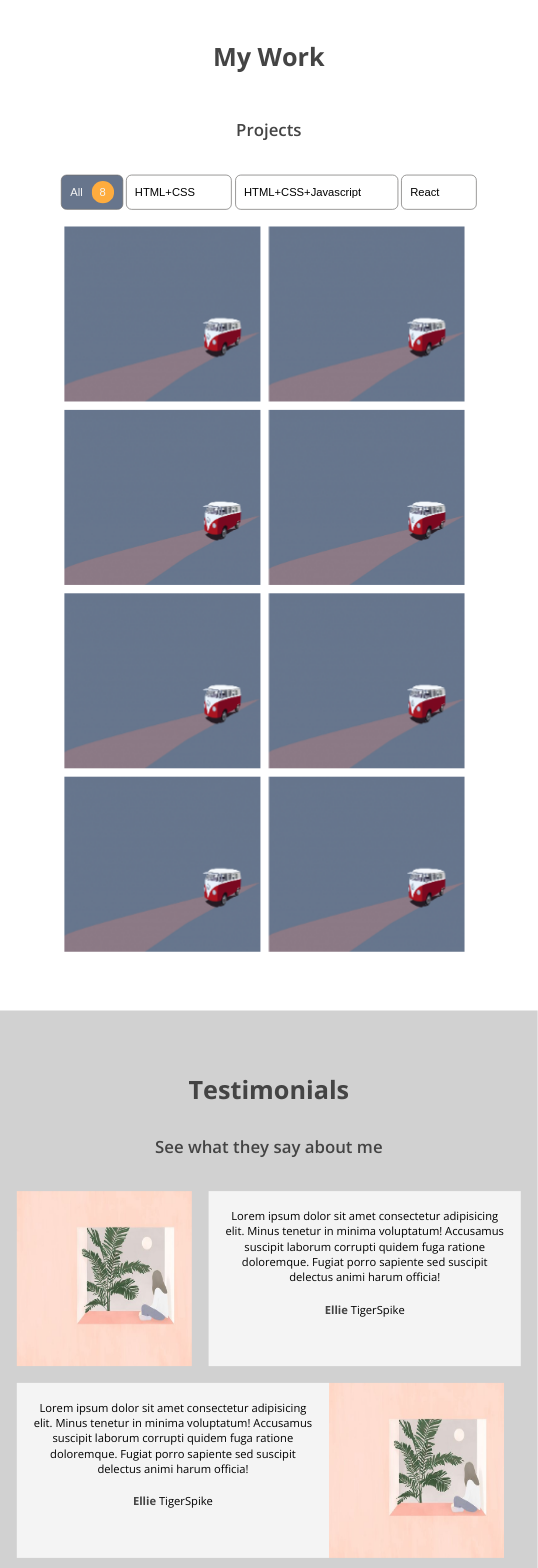
Repository: choi2021/portfolio-vanillaJS
Page: index.html
The author's editor kept a copy of each file at every save. The page is drawn from the files as they stood at one save, then again after the next save.
The browser window is 768 px wide. The pictures show the part of the page from y = 2921 to 5161 px (the page is 5622 px tall before and 5614 px after), at 70% of full size.
Some web libraries are served in a nearby version.

Above is the page before, as saved 2022-01-08 15:12:36.

### index.html
<!DOCTYPE html>
<html lang="en">

<head>
  <meta charset="UTF-8">
  <meta http-equiv="X-UA-Compatible" content="IE=edge">
  <meta name="viewport" content="width=device-width, initial-scale=1.0">
  <title>Youngjun's Portfolio</title>
  <meta name="description" content="Front-end developer Youngjun">
  <meta name="author" content="Youngjun ">
  <link rel="icon" href="public/favicon.png" type="public/png">
  <link rel="stylesheet" href="style.css">
  <script src="main.js" defer></script>
  <script src="https://kit.fontawesome.com/a6a726722e.js" crossorigin="anonymous"></script>
  <link href="https://fonts.googleapis.com/css2?family=Open+Sans:wght@400;600;700&display=swap" rel="stylesheet">
</head>

<body>
  <!-- Navbar -->
  <nav class="navbar">
    <div class="navbar__logo">
      <img src="public/favicon.png" alt="logo">
      <a href="#">YOUNGJUN</a>
    </div>
    <ul class="navbar__menu">
      <li class="navbar__menu__item active">Home</li>
      <li class="navbar__menu__item">About</li>
      <li class="navbar__menu__item">Skills</li>
      <li class="navbar__menu__item">My work</li>
      <li class="navbar__menu__item">Testimonial</li>
      <li class="navbar__menu__item">Contact</li>
    </ul>
    <button class="navbar__toggleBtn">
      <i class="fas fa-bars"></i>
    </button>
  </nav>
  <!-- Home -->
  <section class="home">
    <img class="home__avatar" src="public/profile.jpg" alt="home-img">
    <h1 class="title">Hello <br> I'm Yougnjun Choi</h1>
    <h3 class="description">매일 매일 부족한 걸 채워가는 프론트엔드 개발자</h3>
    <button class="home__contact">contact me</button>
  </section>
  <!-- About -->
  <section class="about section">
    <div class="section__container">
      <h1 class="title">About me</h1>
      <p class="description">Lorem ipsum dolor sit amet consectetur adipisicing elit. Quidem adipisci sint voluptate
        odit, molestias debitis aliquam nihil magni a corporis consectetur minus vero qui suscipit dolorum natus
        nesciunt
        expedita? Sit!</p>
      <ul class="about__stacks">
        <li class="stack">
          <div class="stack__icon">
            <i class="fab fa-html5"></i>
          </div>
          <div class="stack__title">Front-end basic</div>
          <div class="stack__description">HTML, CSS, Javascript</div>
        </li>
        <li class="stack">
          <div class="stack__icon">
            <i class="fab fa-react"></i>
          </div>
          <div class="stack__title">React</div>
          <div class="stack__description">Javascript Library</div>
        </li>
      </ul>
      <div class="about__experience">
        <img src="public/gist_logo.jpg" alt="">
        <div class="experience__description">
          <div class="experience__name">Undergraduate chemistry major</div>
          <div class="experience__term">2016 March - 2022 Feb</div>
        </div>
      </div>
    </div>
  </section>
  <!-- Skills -->
  <section class="skills section">
    <div class="section__container">
      <h1 class="title">Skills</h1>
      <h2 class="sub_title">Skills & Attributes</h2>
      <p class="description">Lorem ipsum dolor sit amet, consectetur adipisicing elit. Harum cupiditate magnam modi
        eius? Soluta,
        quidem sed dicta animi maiores nemo laudantium dolores aliquam, molestias suscipit id accusantium unde
        temporibus
        nostrum.</p>
      <div class="skillset">
        <div class="skillset__left">
          <h3 class="skillset__title">Skills</h3>
          <div class="skill">
            <div class="skill__description">
              <span class="description__name">HTML</span>
              <span class="description__figure">80%</span>
            </div>
            <div class="skill__bar">
              <div class="skill__value" style="width: 80%"></div>
            </div>
          </div>
          <div class="skill">
            <div class="skill__description">
              <span class="description__name">CSS</span>
              <span class="description__figure">60%</span>
            </div>
            <div class="skill__bar">
              <div class="skill__value" style="width: 60%"></div>
            </div>
          </div>
          <div class="skill">
            <div class="skill__description">
              <span class="description__name">Javascript</span>
              <span class="description__figure">40%</span>
            </div>
            <div class="skill__bar">
              <div class="skill__value" style="width: 40%"></div>
            </div>
          </div>
          <div class="skill">
            <div class="skill__description">
              <span class="description__name">React</span>
              <span class="description__figure">10%</span>
            </div>
            <div class="skill__bar">
              <div class="skill__value" style="width:10%"></div>
            </div>
          </div>
        </div>
        <div class="skillset__right">
          <section class="tools">
            <h3 class="tools__title">Tools</h3>
            <ul class="tools__list">
              <li>
                <span>Visual Studio</span>
              </li>
            </ul>
          </section>
          <section class="etc">
            <h3 class="skillset__title">Etc</h3>
            <ul class="etc__list">
              <li>
                <span>Git</span>
              </li>
            </ul>
          </section>
        </div>
      </div>
    </div>
  </section>
  <section class="work section">
    <div class="section__container">
      <h1 class="title">My Work</h1>
      <h2 class="description">Projects</h2>
      <div class="work__categories">
        <button class="category__btn active">
          All
          <span class="category__count">8</span>
        </button>
        <button class="category__btn">HTML+CSS<span class="category__count">3</span></button>
        <button class="category__btn">HTML+CSS+Javascript<span class="category__count">3</span></button>
        <button class="category__btn">React<span class="category__count">2</span></button>
      </div>
      <div class="work__projects">
        <a href="#" class="project">
          <img src="public/background.jpg" alt="">
          <div class="project__description">
            <h3>Youtube UI</h3>
            <span>Clone coding with HTML and CSS</span>
          </div>
        </a>
        <a href="#" class="project">
          <img src="public/background.jpg" alt="">
          <div class="project__description">
            <h3>Youtube UI</h3>
            <span>Clone coding with HTML and CSS</span>
          </div>
        </a>
        <a href="#" class="project">
          <img src="public/background.jpg" alt="">
          <div class="project__description">
            <h3>Youtube UI</h3>
            <span>Clone coding with HTML and CSS</span>
          </div>
        </a>
        <a href="#" class="project">
          <img src="public/background.jpg" alt="">
          <div class="project__description">
            <h3>Youtube UI</h3>
            <span>Clone coding with HTML and CSS</span>
          </div>
        </a>
        <a href="#" class="project">
          <img src="public/background.jpg" alt="">
          <div class="project__description">
            <h3>Youtube UI</h3>
            <span>Clone coding with HTML and CSS</span>
          </div>
        </a>
        <a href="#" class="project">
          <img src="public/background.jpg" alt="">
          <div class="project__description">
            <h3>Youtube UI</h3>
            <span>Clone coding with HTML and CSS</span>
          </div>
        </a>
        <a href="#" class="project">
          <img src="public/background.jpg" alt="">
          <div class="project__description">
            <h3>Youtube UI</h3>
            <span>Clone coding with HTML and CSS</span>
          </div>
        </a>
        <a href="#" class="project">
          <img src="public/background.jpg" alt="">
          <div class="project__description">
            <h3>Youtube UI</h3>
            <span>Clone coding with HTML and CSS</span>
          </div>
        </a>
      </div>
    </div>
  </section>
  <section class="testimonials section">
    <div class="section__container">
      <h1 class="title">Testimonials</h1>
      <h2 class="description">See what they say about me</h2>
      <div class="testimonialset">
        <div class="testimonial">
          <img class="testimonial__avatar" src="public/background2.jpg" alt="">
          <div class="testimonial__speech-bubble">
            <span>Lorem ipsum dolor sit amet consectetur adipisicing elit. Minus tenetur in minima voluptatum! Accusamus
              suscipit laborum corrupti quidem fuga ratione doloremque. Fugiat porro sapiente sed suscipit delectus
              animi
              harum officia!</span>
            <div class="name-and-company">
              <span class="name"><a href="#"> Ellie</a></span>
              <span class="companay">TigerSpike</span>
            </div>
          </div>
        </div>
        <div class="testimonial">
          <div class="section__container"></div>
          <div class="testimonial__speech-bubble">
            <span>Lorem ipsum dolor sit amet consectetur adipisicing elit. Minus tenetur in minima voluptatum! Accusamus
              suscipit laborum corrupti quidem fuga ratione doloremque. Fugiat porro sapiente sed suscipit delectus
              animi
              harum officia!</span>
            <div class="name-and-company">
              <span class="name"><a href="#"> Ellie</a></span>
              <span class="companay">TigerSpike</span>
            </div>
          </div>
          <img class="testimonial__avatar" src="public/background2.jpg" alt="">
        </div>
      </div>
    </div>

  </section>
  <section class="contact section">
    <h1 class="title">Let's Talk</h1>
    <h2 class="contact__email">juni2004c@gmail.com</h2>
    <div class="contact__links">
      <a href="#">
        <i class="fab fa-github"></i>
      </a>
    </div>
    <p class="contact__rights">2022 Youngjun Choi- All rights reserved</p>
  </section>
</body>

</html>

### style.css
:root {
  /* color */
  --white-color: #f4f4f4;
  --blue-color: #69a0c7;
  --light-yellow-color: #fff6cb;
  --deep-yellow-color: #feac3e;
  --pink-color: #fd8682;
  --black-color: #444444;
  --dark-gray-color: #565656;
  --dim-gray-color: #706f6d;
  --light-gray-color: #d1d1d1;
  --dark-red-color: #8c7a86;
  --dark-blue-color: #67758c;

  /* Space */
  --base-space: 36px;

  /* Font weight */
  --weight-bold: 700;
  --weight-semi-bold: 600;
  --weight-regular: 400;

  /* Font-size */
  --font-large: 48px;
  --font-medium: 28px;
  --font-regular: 18px;
  --font-small: 16px;

  /* size */
  --count-size: 32px;
  --border-size: 8px;
  --logo-size: 43px;
  --avatar-size: 350px;
  --stack-size: 180px;
  --project-width: 280px;
  --project-height: 250px;
  --testimonial-size: 250px;
}

/* Universal tags */
* {
  box-sizing: border-box;
}

h1 {
  font-size: var(--font-large);
  font-weight: var(--weight-bold);
  color: var(--black-color);
  margin: 16px 0px;
}

h2 {
  font-size: var(--font-medium);
  font-weight: var(--weight-semi-bold);
  color: var(--black-color);
  margin: 8px 0px;
}

body {
  margin: 0;
  font-family: "Open Sans", sans-serif;
}

ul {
  list-style: none;
  padding-left: 0;
}

a {
  text-decoration: none;
  color: var(--black-color);
}

button {
  border: none;
  outline: none;
  background-color: transparent;
  cursor: pointer;
}

/* navbar */

.navbar {
  display: flex;
  justify-content: space-between;
  align-items: center;
  background-color: transparent;
  font-size: var(--font-medium);
  position: fixed;
  top: 0;
  width: 100%;
  padding: 12px var(--base-space);
}

.navbar.withBGColor {
  background-color: var(--dark-blue-color);
}

.navbar__logo {
  display: flex;
}

.navbar__logo img {
  width: var(--logo-size);
  height: var(--logo-size);
  margin-right: calc(0.4 * var(--base-space));
}

.navbar__logo a {
  font-size: var(--font-medium);
  font-weight: var(--weight-semi-bold);
  color: var(--white-color);
}

.navbar__menu {
  display: flex;
  padding-left: 0;
}

.navbar__menu__item {
  padding: 8px 12px;
  font-size: var(--font-regular);
  cursor: pointer;
  border: 2px transparent solid;
  border-radius: var(--border-size);
  color: var(--white-color);
  margin-right: var(--base-space);
}

.navbar__menu__item:hover {
  border: 2px white solid;
}

.navbar__menu__item.active {
  background-color: var(--white-color);
  color: var(--dark-blue-color);
}

.navbar__toggleBtn {
  display: none;
  position: absolute;
  top: 12px;
  right: 24px;
  font-size: var(--font-medium);
  color: var(--blue-color);
}

/* Home */

.home {
  padding: calc(3 * var(--base-space)) var(--base-space);
  background: url(./public/background.jpg) no-repeat center/cover;
  text-align: center;
}

.home__avatar {
  width: var(--avatar-size);
  height: var(--avatar-size);
  border-radius: 50%;
  border: 1px white solid;
}

.home .title {
  font-size: var(--font-large);
  font-weight: var(--weight-bold);
  text-align: center;
  color: var(--white-color);
}

.home .description {
  padding-top: calc(2 * var(--base-space));
  font-size: var(--font-medium);
  color: var(--white-color);
}

.home__contact {
  font-size: var(--font-regular);
  font-weight: var(--weight-bold);
  color: var(--white-color);
  text-transform: capitalize;
  padding: calc(0.25 * var(--base-space));
  border: solid var(--white-color) 2px;
  border-radius: var(--border-size);
}

.home__contact:hover {
  background-color: var(--white-color);
  color: var(--dark-blue-color);
}

.section {
  padding: calc(3 * var(--base-space)) var(--base-space);
  text-align: center;
}

.section__container {
  max-width: 1200px;
  margin: auto;
}

.about .description {
  width: 85%;
  margin: auto;
  padding-top: calc(2 * var(--base-space));
  font-size: var(--font-medium);
  text-align: center;
  color: var(--black-color);
  margin-bottom: calc(2 * var(--base-space));
}

.about__stacks {
  display: flex;
  justify-content: space-around;
  padding-left: 0;
  margin: calc(3 * var(--base-space)) 0;
}

.stack {
  font-size: var(--font-medium);
  display: flex;
  flex-direction: column;
  align-items: center;
  text-align: center;
}

.stack__icon {
  font-size: calc(0.7 * var(--stack-size));
  width: var(--stack-size);
  height: var(--stack-size);
  display: flex;
  justify-content: center;
  align-items: center;
  color: var(--blue-color);
  border: 2px solid var(--blue-color);
  border-radius: 50%;
  margin-bottom: var(--base-space);
  transition: transform 300ms ease-in;
}

.stack__icon:hover {
  transform: rotate(45deg);
  color: var(--dark-blue-color);
  border: 2px solid var(--dark-blue-color);
}

.about__experience {
  display: flex;
  justify-content: center;
  width: 50%;
  margin: auto;
}

.about__experience img {
  width: var(--logo-size);
  height: var(--logo-size);
  margin-right: var(--base-space);
}

.skills {
  background-color: var(--light-yellow-color);
}

.skills .sub_title {
  font-size: var(--font-medium);
  font-weight: var(--weight-bold);
  text-align: center;
  color: var(--black-color);
}

.skills .description {
  width: 85%;
  margin: auto;
  padding-top: calc(2 * var(--base-space));
  font-size: var(--font-medium);
  text-align: center;
  color: var(--black-color);
  margin-bottom: calc(2 * var(--base-space));
}

.skillset {
  display: flex;
  background-color: var(--black-color);
}

.skillset__left {
  flex-basis: 60%;
  display: flex;
  color: var(--white-color);
  flex-direction: column;
  align-items: center;
  padding: var(--base-space);
}

.skillset__title {
  font-size: var(--font-regular);
}

.skill {
  width: 100%;
  margin-bottom: var(--base-space);
}

.skill__description {
  width: 100%;
  font-size: var(--font-small);
  display: flex;
  justify-content: space-between;
}

.skill__bar {
  height: 3px;
  background-color: var(--dim-gray-color);
}

.skill__value {
  height: 3px;
  background-color: var(--deep-yellow-color);
}

.skillset__right {
  flex-basis: 40%;
  display: flex;
  flex-direction: column;
  margin: 0;
  text-align: center;
}

.tools {
  background-color: var(--dark-gray-color);
  width: 100%;
  height: 50%;
  color: var(--white-color);
}

.etc {
  background-color: var(--dim-gray-color);
  padding-left: 0;
  height: 50%;
  color: var(--white-color);
}

.tools__list,
.etc__list {
  padding-left: 0;
}

.work .description {
  width: 85%;
  margin: auto;
  padding-top: calc(2 * var(--base-space));
  color: var(--black-color);
  margin-bottom: calc(2 * var(--base-space));
}

.work__categories {
  margin-bottom: var(--base-space);
}

.category__btn {
  font-size: var(--font-regular);
  padding: 8px 12px;
  border: 1px solid var(--dim-gray-color);
  border-radius: var(--border-size);
}

.category__btn.active {
  color: var(--white-color);
  background-color: var(--dark-blue-color);
}

.category__count {
  display: inline-block;
  font-size: var(--font-regular);
  border-radius: 50%;
  width: var(--count-size);
  height: var(--count-size);
  line-height: 32px;
  background-color: var(--deep-yellow-color);
  margin-left: 8px;
  position: relative;
  top: -40px;
  left: 4px;
  opacity: 0;
  transition: all 300ms ease-in;
}
.category__btn.active .category__count,
.category__btn:hover .category__count {
  opacity: 1;
  top: 0;
  left: 0;
}

.work__projects {
  display: flex;
  justify-content: center;
  flex-wrap: wrap;
  width: 100%;
}

.project {
  position: relative;
  width: var(--project-width);
  height: var(--project-height);
  margin-right: calc(0.5 * var(--base-space));
  margin-bottom: calc(0.5 * var(--base-space));
}

.project img {
  width: 100%;
  height: 100%;
}

.project__description {
  background-color: var(--light-yellow-color);
  position: absolute;
  top: 0;
  left: 0;
  width: 100%;
  height: 100%;
  display: flex;
  flex-direction: column;
  justify-content: center;
  opacity: 0;
  transform: translate(0, 10px);
  transition: all 300ms ease-in-out;
}

.project__description:hover {
  opacity: 0.9;
  transform: translate(0, 0);
}

.project__description h3::after {
  display: block;
  margin: auto;
  content: "";
  width: 125px;
  height: 2px;
  background-color: var(--dim-gray-color);
}

.project__description span {
  font-size: var(--font-small);
}

/* Testimonial */

.testimonials {
  background-color: var(--light-gray-color);
}

.testimonials .description {
  max-width: 1200px;
  padding-top: calc(var(--base-space));
  font-size: var(--font-medium);
  color: var(--black-color);
  margin-bottom: calc(2 * var(--base-space));
}

.testimonialset {
  display: flex;
  flex-direction: column;
}

.testimonial {
  display: flex;
  margin-bottom: var(--base-space);
}

.testimonial__avatar:nth-child(odd) {
  margin-right: 24px;
}

.testimonial__avatar :nth-child(even) {
  margin-left: 24px;
}

.testimonial__avatar {
  width: var(--testimonial-size);
  height: var(--testimonial-size);
}

.testimonial__speech-bubble {
  background-color: var(--white-color);
  padding: var(--base-space);
  font-size: var(--font-regular);
  text-align: center;
}

.testimonial__speech-bubble .name-and-company {
  margin-top: var(--base-space);
}

.testimonial__speech-bubble .name {
  font-weight: var(--weight-bold);
}

/* contact */
.contact {
  background-color: var(--dark-blue-color);
}

.contact .title,
.contact__email,
.contact__rights {
  color: var(--white-color);
}

.contact .title {
  font-size: var(--font-large);
}

.contact__email {
  font-size: var(--font-medium);
}

.contact__links {
  color: var(--white-color);
}

.contact__links a {
  font-size: var(--logo-size);
  color: var(--white-color);
}

.contact__links a i {
  transition: transform 300ms ease-in-out;
}

.contact__links a i:hover {
  transform: scale(1.1);
}

.contact__rights {
  font-size: var(--font-regular);
}

@media screen and (max-width: 768px) {
  :root {
    /* Space */
    --base-space: 24px;

    /* Font weight */
    --weight-bold: 700;
    --weight-semi-bold: 600;
    --weight-regular: 400;

    /* Font-size */
    --font-large: 36px;
    --font-medium: 24px;
    --font-regular: 16px;
    --font-small: 12px;

    /* size */
    --count-size: 32px;
    --border-size: 8px;
    --logo-size: 43px;
    --avatar-size: 250px;
    --stack-size: 180px;
    --project-width: 280px;
    --project-height: 250px;
    --testimonial-size: 250px;
  }
  .navbar {
    flex-direction: column;
    align-items: flex-start;
  }

  .navbar__menu {
    flex-direction: column;
    width: 100%;
    text-align: center;
    display: none;
  }

  .navbar__toggleBtn {
    display: block;
    position: absolute;
    cursor: pointer;
  }

  .about__stacks {
    flex-direction: column;
  }

  .stack {
    margin-bottom: var(--base-space);
  }

  .skillset {
    flex-direction: column;
  }
}

### main.js
// navbar background color
const navbar = document.querySelector(".navbar");
const navbarInfo = navbar.getBoundingClientRect();
console.log(navbarInfo.height);

document.addEventListener("scroll", (e) => {
  const positionY = window.scrollY;
  if (positionY > navbarInfo.height) {
    navbar.classList.add("withBGColor");
  } else {
    navbar.classList.remove("withBGColor");
  }
});

After the next save:
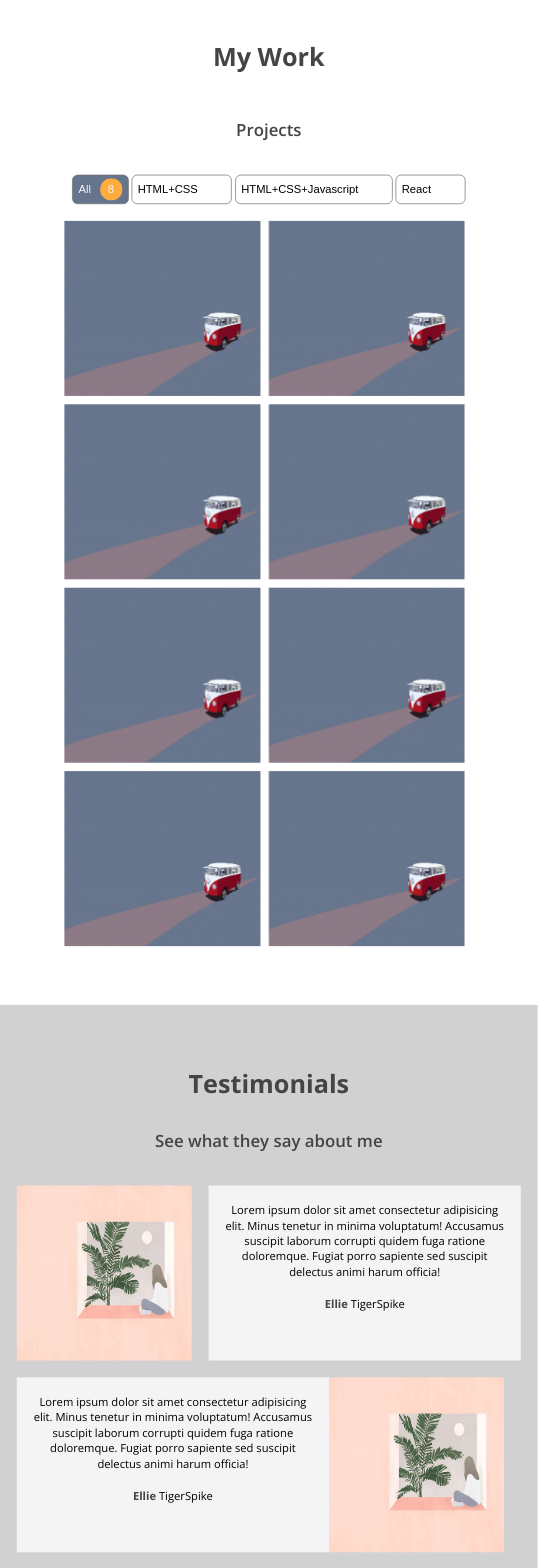
Saved 33 s later.
--- a/style.css
+++ b/style.css
@@ -590,4 +590,8 @@ button {
   .skillset {
     flex-direction: column;
   }
-}
+
+  .category__btn {
+    padding: 4px 8px;
+  }
+}
